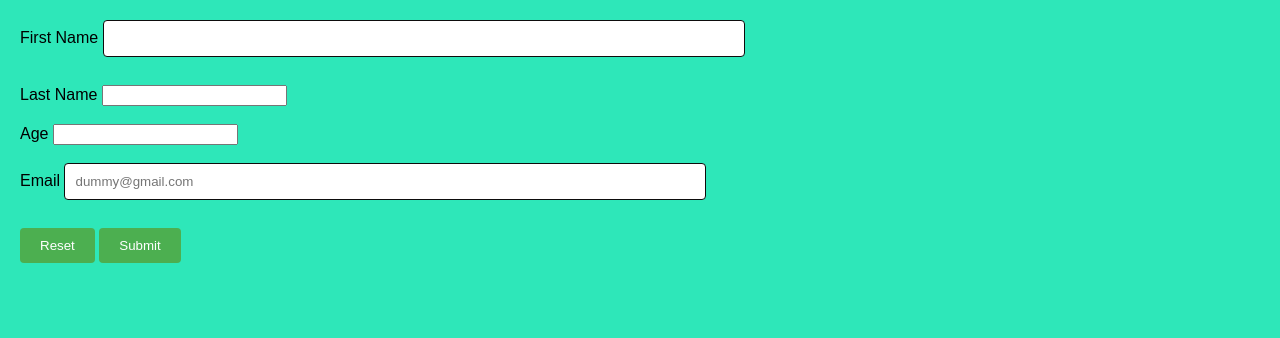
Repository: Haakim19/web-dev
Page: form.html
The author's editor kept a copy of each file at every save. The page is drawn from the files as they stood at one save, then again after the next save.
The browser window is 1280 px wide. The pictures show the whole page.

Above is the page before, as saved 2024-06-02 16:14:13.

### form.html
<!DOCTYPE html>
<html lang="en">
<head>
    <meta charset="UTF-8">
    <meta name="viewport" content="width=device-width, initial-scale=1.0">
    <link rel="stylesheet" type = "text/css" href = "form.css">
    <title>Form</title>
</head>
<body>
    <form action="form.php" method = "POST">
       <div>
            <label for="fname">First Name</label>
            <input type="name" name = "fname" id = "fname" required>
       </div>

       <br>

        <div>
            <label for="lname">Last Name</label>
            <input type="text" name = "lname" id = "lname" required>

        </div>

        <br>

        <div>
            <label for="age">Age</label>
            <input type="number" name = "age" id = "age" min="0">

        </div>

        <br>

        <div>
            <label for="email">Email</label>
            <input type="email" name = "email" id = "email" required placeholder="dummy@gmail.com">

        </div>


        <br>

        <input type="reset" value = "Reset">
        <input type="submit" value = "Submit">

    </form>
</body>
</html>

### form.css
body {
    font-family: Arial, Helvetica, sans-serif, sans-serif;
    background-color: #2ee7b9;
    margin: 10px;
    padding: 10px;
}
/* Reset default form styles */
form {
    margin: 0;
    padding: 0;

}

/* Style form elements */
input[type="name"],
input[type="email"],
input[type="password"],
textarea {
    width: 50%;
    padding: 10px;
    margin-bottom: 10px;
    border: 1px solid #0d0c0c;
    border-radius: 4px;
}

input[type="submit"] {
    background-color: #4CAF50;
    color: white;
    padding: 10px 20px;
    border: none;
    border-radius: 4px;
    cursor: pointer;
}

input[type="submit"]:hover {
    background-color: #f7f7f7;
}
input[type = "reset"] {
    background-color: #4CAF50;
    color: white;
    padding: 10px 20px;
    border: none;
    border-radius: 4px;
    cursor: pointer;
}

input [type = "reset"]:hover {
    background-color: #f9f9f9;
}

After the next save:
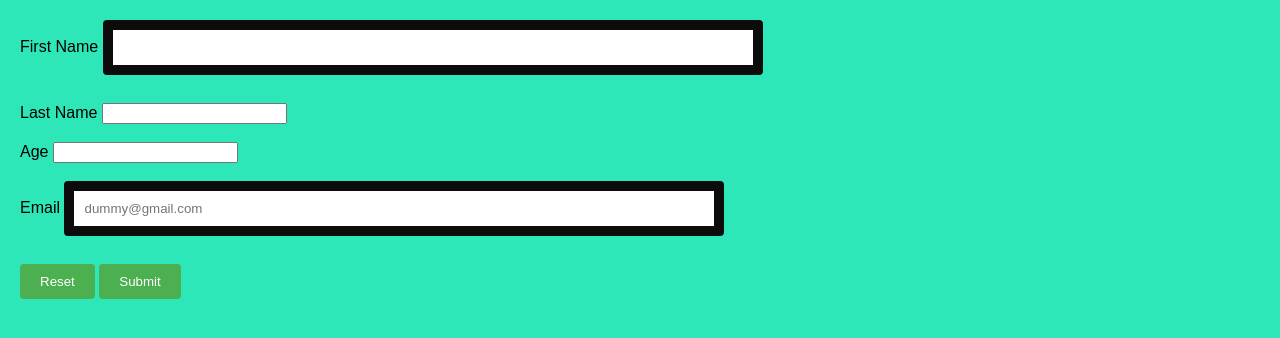
Saved 24 s later.
--- a/form.css
+++ b/form.css
@@ -16,10 +16,11 @@ input[type="name"],
 input[type="email"],
 input[type="password"],
 textarea {
+
     width: 50%;
     padding: 10px;
     margin-bottom: 10px;
-    border: 1px solid #0d0c0c;
+    border: 10px solid #0d0c0c;
     border-radius: 4px;
 }
 
